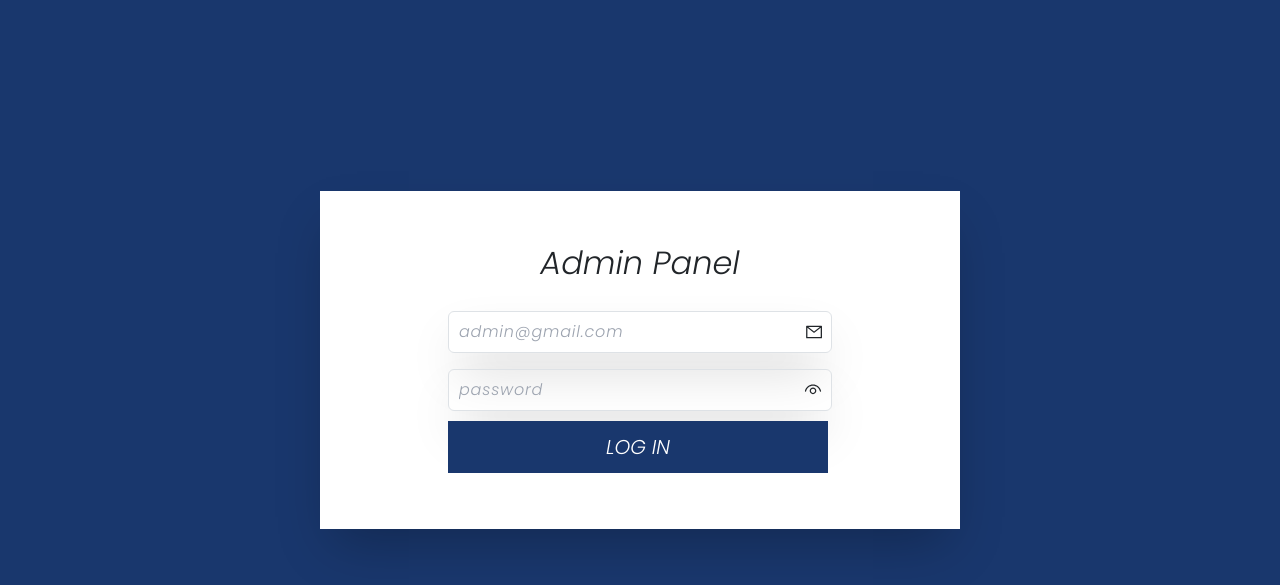
Repository: FlyweisReact/Ankit-Pandey-Admin-Panel
Page: /
The author's editor kept a copy of each file at every save. The page is drawn from the files as they stood at one save, then again after the next save.
The browser window is 1280 px wide. The pictures show the whole page.
Some web libraries are served in a nearby version. The project was rebuilt for these pictures with package versions that can differ from the ones it lists, and the page was loaded fresh each time. Also part of the build but not shown: src/Screen/layout/Navbar.jsx, src/Screen/layout/Sidebar.jsx, src/Screen/layout/HOC.jsx, src/Screen/Dashboard.js, src/Screen/EAdminCustomer.js, src/Screen/EAdmin.js.

Above is the page before, as saved 2023-06-16 16:00:57.

After the next save:
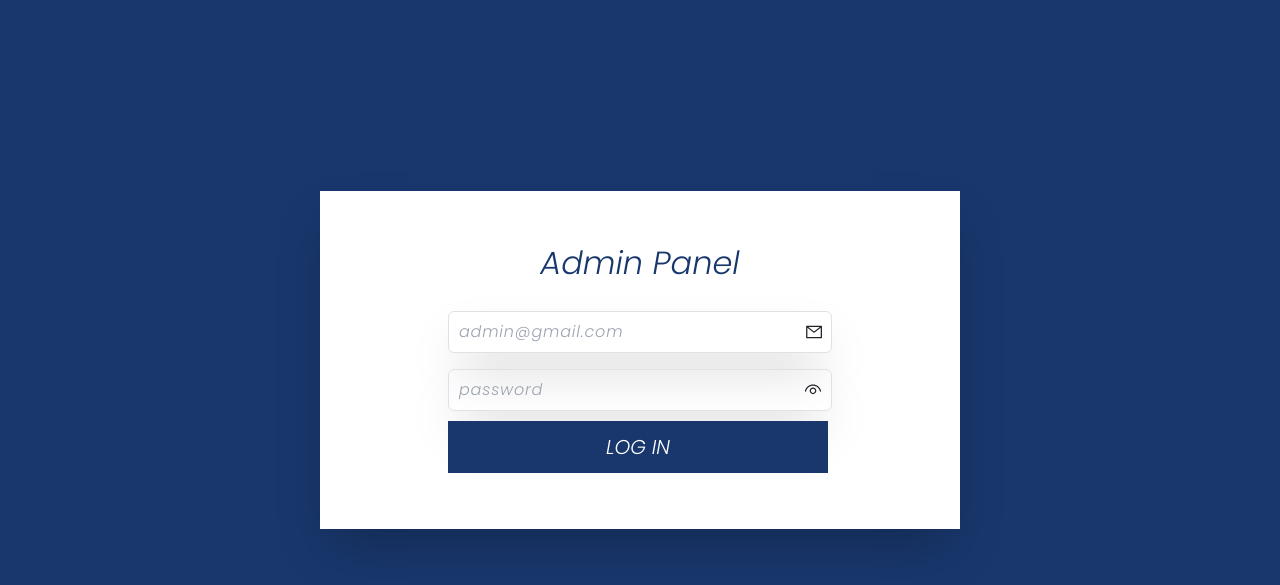
Saved 17 s later.
--- a/src/Screen/Login.jsx
+++ b/src/Screen/Login.jsx
@@ -15,15 +15,15 @@ const Login = () => {
   const navigate = useNavigate();
   const [loading, setLoading] = useState(false);
   const [error, setError] = useState(false);
-  const [ email , setEmail ] = useState("")
-  const [  password , setPassword ] = useState("")
+  const [email, setEmail] = useState("");
+  const [password, setPassword] = useState("");
 
   const submitHandler = async (e) => {
     e.preventDefault();
     setLoading(true);
     try {
-      const { data } = await LoginAdmin(email , password)
-      localStorage.setItem('Token' , data.accessToken)
+      const { data } = await LoginAdmin(email, password);
+      localStorage.setItem("Token", data.accessToken);
       navigate("/dashboard");
       toast.success("Welcome Admin");
       setLoading(false);
@@ -41,7 +41,7 @@ const Login = () => {
         style={{ backgroundColor: "#19376d" }}
       >
         <form className="shadow-2xl w-96 mx-3 sm:mx-0 sm:w-4/5 md:w-4/6 lg:w-4/5 xl:w-1/2 flex flex-col items-center bg-white p-5 md:py-10 ">
-          <p style={{fontSize : '2rem'}}>Admin Panel</p>
+          <p style={{ fontSize: "2rem", color: "#19376d" }}>Admin Panel</p>
           <section className="py-2">
             {error ? (
               <div className="dangerBox">
